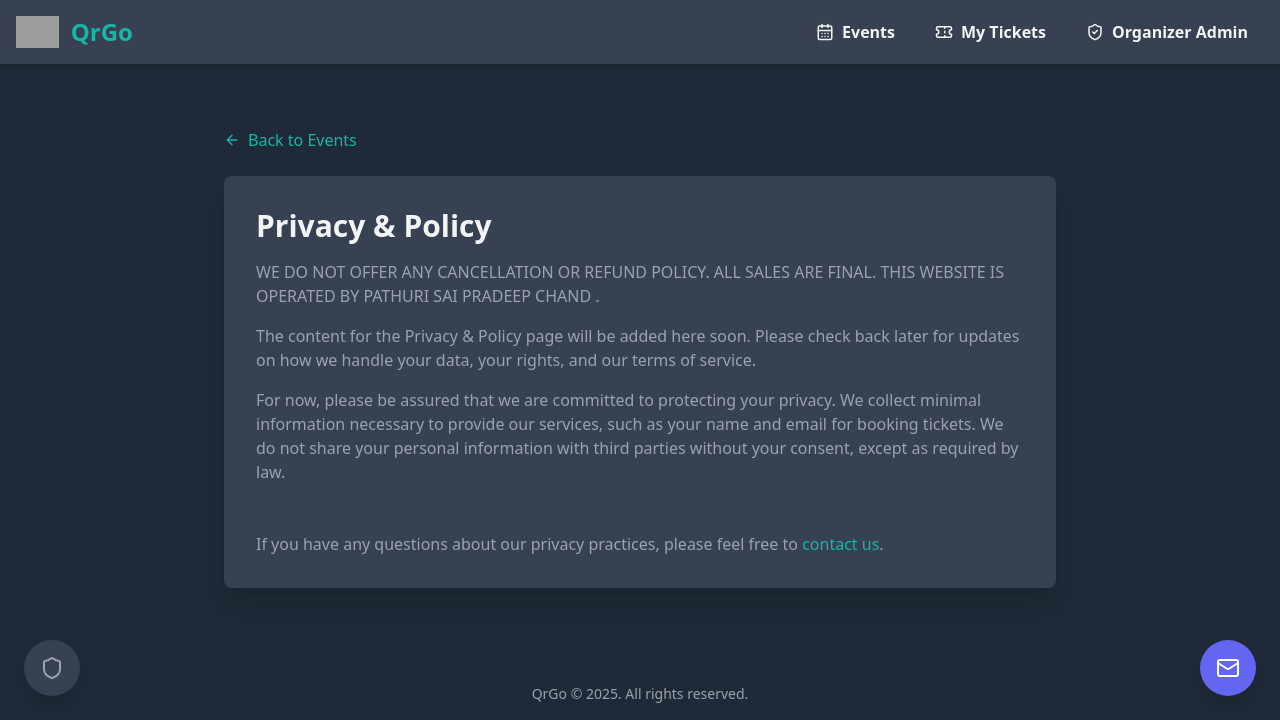
Repository: Dhakshin2007/QrGo
Page: /#/privacy-policy
These files come from the project's save history. The page is drawn as it stood at one moment and after the next save; the edit follows.
The browser window is 1280 px wide. The pictures show the whole page.
Pictures or frames that could not be fetched are drawn as grey boxes. Some web libraries are served in a nearby version. The project was rebuilt for these pictures with package versions that can differ from the ones it lists, and the page was loaded fresh each time. Also part of the build but not shown: vite.config.ts, components/EventCard.tsx, pages/HomePage.tsx, pages/BookingPage.tsx, components/TicketCard.tsx, pages/MyTicketsPage.tsx, services/aiService.ts, pages/AdminPage.tsx.

Above is the page before, as saved 2025-08-10 12:53:43.

### index.html
<!DOCTYPE html>
<html lang="en">
  <head>
    <meta name="description" content="Website Used to Host Events and Book Tickets and Inbuild scanning. If You want to Host an Event, Contact Us." />
<meta name="keywords" content="QrGo , QrGo Startup , Events IIT Ropar,Tickets , District , Paytm , Zomato , Ticket Booking , Event Hosting ,  Telugu Students IIT, IIT Ropar culture, IIT Ropar">
<meta name="author" content="Kotha Dhakshin">
<meta property="og:title" content="QrGo - Event Ticket Hosting Platform" />
<meta property="og:description" content="Official site for QrGo. Events, Bookings, and student details." />
<meta property="og:url" content="https://qrgo-weld.vercel.app/" />
<meta property="og:type" content="website" />
<meta property="og:image" content="#" />

  <meta charset="UTF-8" />
    <link rel="icon" type="image/png" href = "https://i.postimg.cc/qqd3M6cN/Google-AI-Studio-2025-08-09-T14-17-15-618-Z.png" />
    <meta name="viewport" content="width=device-width, initial-scale=1.0" />
    <title>QrGo</title>
    <script src="https://cdn.tailwindcss.com"></script>
    <script>
      tailwind.config = {
        theme: {
          extend: {
            colors: {
              'primary': '#14b8a6', // teal-500
              'primary-focus': '#0d9488', // teal-600
              'background': '#1f2937', // gray-800
              'surface': '#374151', // gray-700
              'on-surface': '#f3f4f6', // gray-200
              'on-surface-secondary': '#9ca3af', // gray-400
              'accent': '#6366f1', // indigo-500
            }
          }
        }
      }
    </script>
    <!-- html5-qrcode library -->
    <script src="https://unpkg.com/html5-qrcode" type="text/javascript"></script>
  <script type="importmap">
{
  "imports": {
    "react-router-dom": "https://esm.sh/react-router-dom@^7.8.0",
    "react-dom/": "https://esm.sh/react-dom@^19.1.1/",
    "react/": "https://esm.sh/react@^19.1.1/",
    "react": "https://esm.sh/react@^19.1.1",
    "lucide-react": "https://esm.sh/lucide-react@^0.539.0",
    "html5-qrcode": "https://esm.sh/html5-qrcode@^2.3.8",
    "qrcode": "https://esm.sh/qrcode@^1.5.4",
    "@supabase/supabase-js": "https://esm.sh/@supabase/supabase-js@2",
    "@google/genai": "https://esm.sh/@google/genai@^1.13.0"
  }
}
</script>
</head>
  <body class="bg-background text-on-surface">
    <div id="root"></div>
    <script type="module" src="/index.tsx"></script>
  </body>
</html>

### App.tsx


import React, { createContext, useContext, useState, useEffect, useCallback, ReactNode } from 'react';
import * as ReactRouterDOM from 'react-router-dom';
import HomePage from './pages/HomePage';
import BookingPage from './pages/BookingPage';
import MyTicketsPage from './pages/MyTicketsPage';
import AdminPage from './pages/AdminPage';
import PrivacyPolicyPage from './pages/PrivacyPolicyPage';
import Header from './components/Header';
import { ToastProvider } from './contexts/ToastContext';
import { AuthProvider } from './contexts/AuthContext';
import Toast from './components/Toast';
import { Mail, Shield } from 'lucide-react';
import { Event, EventStatus } from './types';
import { db } from './services/db';

// --- Event Context for Global State Management ---

interface EventContextType {
  events: Event[];
  isLoading: boolean;
  updateEventStatus: (eventId: string, newStatus: EventStatus) => void;
}

const EventContext = createContext<EventContextType | undefined>(undefined);

export const EventProvider: React.FC<{ children: ReactNode }> = ({ children }) => {
  const [events, setEvents] = useState<Event[]>([]);
  const [isLoading, setIsLoading] = useState(true);

  useEffect(() => {
    const fetchEvents = async () => {
      try {
        const initialEvents = await db.getEvents();
        setEvents(initialEvents);
      } catch (error) {
        console.error("Failed to fetch initial events:", error);
      } finally {
        setIsLoading(false);
      }
    };
    fetchEvents();
  }, []);

  const updateEventStatus = useCallback((eventId: string, newStatus: EventStatus) => {
    setEvents(currentEvents =>
      currentEvents.map(event =>
        event.id === eventId ? { ...event, status: newStatus } : event
      )
    );
  }, []);

  return (
    <EventContext.Provider value={{ events, isLoading, updateEventStatus }}>
      {children}
    </EventContext.Provider>
  );
};

export const useEvents = () => {
  const context = useContext(EventContext);
  if (!context) {
    throw new Error('useEvents must be used within an EventProvider');
  }
  return context;
};


// --- Main App Component ---

const App: React.FC = () => {
  return (
    <ToastProvider>
      <AuthProvider>
        <EventProvider>
          <ReactRouterDOM.HashRouter>
            <div className="min-h-screen flex flex-col bg-background">
              <Header />
              <main className="flex-grow container mx-auto px-4 py-8">
                <ReactRouterDOM.Routes>
                  <ReactRouterDOM.Route path="/" element={<HomePage />} />
                  <ReactRouterDOM.Route path="/book/:eventId" element={<BookingPage />} />
                  <ReactRouterDOM.Route path="/my-tickets" element={<MyTicketsPage />} />
                  <ReactRouterDOM.Route path="/admin" element={<AdminPage />} />
                  <ReactRouterDOM.Route path="/privacy-policy" element={<PrivacyPolicyPage />} />
                </ReactRouterDOM.Routes>
              </main>
              <footer className="text-center py-4 text-on-surface-secondary text-sm">
                <p>QrGo &copy; 2025. All rights reserved.</p>
              </footer>
               <ReactRouterDOM.Link
                to="/privacy-policy"
                className="fixed bottom-6 left-6 bg-surface text-on-surface-secondary p-4 rounded-full shadow-lg hover:bg-primary hover:text-white transition-colors flex items-center gap-2 z-50"
                title="Privacy & Policy"
                aria-label="Privacy and Policy"
              >
                <Shield size={24} />
              </ReactRouterDOM.Link>
              <a
                href="mailto:kothadhakshin123@gmail.com"
                className="fixed bottom-6 right-6 bg-accent text-white p-4 rounded-full shadow-lg hover:bg-indigo-600 transition-colors flex items-center gap-2 z-50"
                title="Contact Support"
                aria-label="Contact Support"
              >
                <Mail size={24} />
              </a>
            </div>
          </ReactRouterDOM.HashRouter>
          <Toast />
        </EventProvider>
      </AuthProvider>
    </ToastProvider>
  );
};

export default App;

### pages/PrivacyPolicyPage.tsx

import React from 'react';
import * as ReactRouterDOM from 'react-router-dom';
import { ArrowLeft } from 'lucide-react';

const PrivacyPolicyPage: React.FC = () => {
  return (
    <div className="max-w-4xl mx-auto animate-fade-in p-4 sm:p-6 lg:p-8">
      <ReactRouterDOM.Link to="/" className="flex items-center gap-2 mb-6 text-primary hover:underline">
          <ArrowLeft size={16} /> Back to Events
       </ReactRouterDOM.Link>
      <div className="bg-surface rounded-lg shadow-xl p-8">
        <h1 className="text-3xl font-bold mb-4 text-on-surface">Privacy & Policy</h1>
        <div className="space-y-4 text-on-surface-secondary">
          <p>
            WE DO NOT OFFER ANY CANCELLATION OR REFUND POLICY. ALL SALES ARE FINAL.
            THIS WEBSITE IS OPERATED BY PATHURI SAI PRADEEP CHAND .
            </p>
            <p>
            The content for the Privacy & Policy page will be added here soon.
            Please check back later for updates on how we handle your data, your rights, and our terms of service.
          </p>
          <p>
            For now, please be assured that we are committed to protecting your privacy. We collect minimal information necessary to provide our services, such as your name and email for booking tickets.
            We do not share your personal information with third parties without your consent, except as required by law.
          </p>
          <h2 className="text-2xl font-semibold text-on-surface pt-4"></h2>
          <p>
            If you have any questions about our privacy practices, please feel free to <a href="mailto:kothadhakshin123@gmail.com" className="text-primary hover:underline">contact us</a>.
          </p>
        </div>
      </div>
    </div>
  );
};

export default PrivacyPolicyPage;

### components/Header.tsx

import React from 'react';
import * as ReactRouterDOM from 'react-router-dom';
import { Ticket, ShieldCheck, CalendarDays, QrCode } from 'lucide-react';
import { LOGO_URL } from '../constants';

const Header: React.FC = () => {
  const activeLinkClass = "bg-primary text-white";
  const inactiveLinkClass = "text-on-surface hover:bg-surface";

  return (
    <header className="bg-surface shadow-md sticky top-0 z-50">
      <nav className="container mx-auto px-4 py-3 flex justify-between items-center">
        <ReactRouterDOM.Link to="/" className="flex items-center gap-3 text-2xl font-bold text-primary">
          {LOGO_URL ? (
            <img src={LOGO_URL} alt="QrGo Logo" className="h-8 w-auto" />
          ) : (
            <QrCode size={28} />
          )}
          <span>QrGo</span>
        </ReactRouterDOM.Link>
        <div className="flex items-center gap-2">
          <ReactRouterDOM.NavLink
            to="/"
            className={({ isActive }) => `${isActive ? activeLinkClass : inactiveLinkClass} px-4 py-2 rounded-md font-semibold transition-colors duration-200 flex items-center gap-2`}
          >
            <CalendarDays size={18}/> Events
          </ReactRouterDOM.NavLink>
          <ReactRouterDOM.NavLink
            to="/my-tickets"
            className={({ isActive }) => `${isActive ? activeLinkClass : inactiveLinkClass} px-4 py-2 rounded-md font-semibold transition-colors duration-200 flex items-center gap-2`}
          >
            <Ticket size={18}/> My Tickets
          </ReactRouterDOM.NavLink>
          <ReactRouterDOM.NavLink
            to="/admin"
            className={({ isActive }) => `${isActive ? activeLinkClass : inactiveLinkClass} px-4 py-2 rounded-md font-semibold transition-colors duration-200 flex items-center gap-2`}
          >
            <ShieldCheck size={18}/> Organizer Admin
          </ReactRouterDOM.NavLink>
        </div>
      </nav>
    </header>
  );
};

export default Header;

### contexts/ToastContext.tsx
import React, { createContext, useState, useContext, ReactNode, useCallback, useRef } from 'react';

type ToastType = 'success' | 'error' | 'info';

interface ToastState {
  message: string;
  type: ToastType;
  isVisible: boolean;
}

interface ToastContextType {
  showToast: (message: string, type: ToastType) => void;
  toastConfig: ToastState | null;
}

const ToastContext = createContext<ToastContextType | undefined>(undefined);

export const ToastProvider: React.FC<{ children: ReactNode }> = ({ children }) => {
  const [toastConfig, setToastConfig] = useState<ToastState | null>(null);
  const timeoutIdRef = useRef<number | null>(null);

  const showToast = useCallback((message: string, type: ToastType) => {
    if (timeoutIdRef.current) {
      clearTimeout(timeoutIdRef.current);
    }
    setToastConfig({ message, type, isVisible: true });

    timeoutIdRef.current = window.setTimeout(() => {
      setToastConfig(prev => prev ? { ...prev, isVisible: false } : null);
      timeoutIdRef.current = null;
    }, 4000);
  }, []);


  return (
    <ToastContext.Provider value={{ showToast, toastConfig }}>
      {children}
    </ToastContext.Provider>
  );
};

export const useToast = () => {
  const context = useContext(ToastContext);
  if (context === undefined) {
    throw new Error('useToast must be used within a ToastProvider');
  }
  return context;
};

### contexts/AuthContext.tsx
import React, { createContext, useState, useContext, ReactNode, useCallback } from 'react';
import { Organizer } from '../types';

interface AuthState {
  isUserLoggedIn: boolean;
  userEmail: string | null;
  userPin: string | null;
  loggedInOrganizer: Organizer | null;
  loginUser: (email: string, pin: string) => void;
  logoutUser: () => void;
  loginOrganizer: (username: string, secretId: string) => boolean;
  logoutOrganizer: () => void;
}

const AuthContext = createContext<AuthState | undefined>(undefined);

export const AuthProvider: React.FC<{ children: ReactNode }> = ({ children }) => {
  const [isUserLoggedIn, setIsUserLoggedIn] = useState(false);
  const [userEmail, setUserEmail] = useState<string | null>(null);
  const [userPin, setUserPin] = useState<string | null>(null);
  const [loggedInOrganizer, setLoggedInOrganizer] = useState<Organizer | null>(null);

  const loginUser = (email: string, pin:string) => {
    setUserEmail(email.toLowerCase());
    setUserPin(pin);
    setIsUserLoggedIn(true);
  };

  const logoutUser = () => {
    setIsUserLoggedIn(false);
    setUserEmail(null);
    setUserPin(null);
  };

  const loginOrganizer = useCallback((username: string, secretId: string): boolean => {
    // --- Security Note ---
    // In a real production application, this organizer data should NOT be hardcoded here.
    // It should be loaded securely, for example, from environment variables on a server
    // or from a secure configuration service. This prevents sensitive credentials from
    // being exposed in the client-side code.
    // Example for a Node.js environment:
    // const ORGANIZERS = JSON.parse(process.env.ORGANIZERS_JSON || '[]');
    const ORGANIZERS: Organizer[] = [
      { id: 'super-admin', username: 'Dhakshin', secretId: 'Dk07' },
      { id: 'org-1', username: 'TCA', secretId: 'tca@2334' },
      // { id: 'org-2', username: 'TechCon', secretId: 'techcon-secret' }
    ];

    const organizer = ORGANIZERS.find(
        org => org.username.toLowerCase() === username.toLowerCase() && org.secretId === secretId
    );
    if (organizer) {
        setLoggedInOrganizer(organizer);
        return true;
    }
    return false;
  }, []);

  const logoutOrganizer = () => {
      setLoggedInOrganizer(null);
  };

  return (
    <AuthContext.Provider value={{ isUserLoggedIn, userEmail, userPin, loggedInOrganizer, loginUser, logoutUser, loginOrganizer, logoutOrganizer }}>
      {children}
    </AuthContext.Provider>
  );
};

export const useAuth = () => {
  const context = useContext(AuthContext);
  if (context === undefined) {
    throw new Error('useAuth must be used within an AuthProvider');
  }
  return context;
};

### components/Toast.tsx
import React from 'react';
import { useToast } from '../contexts/ToastContext';
import { CheckCircle, XCircle, Info } from 'lucide-react';

const icons = {
  success: <CheckCircle className="text-green-400" size={24} />,
  error: <XCircle className="text-red-400" size={24} />,
  info: <Info className="text-blue-400" size={24} />,
};

const bgColors = {
  success: 'bg-green-500/20 border-green-500',
  error: 'bg-red-500/20 border-red-500',
  info: 'bg-blue-500/20 border-blue-500',
};

const Toast: React.FC = () => {
  const { toastConfig } = useToast();

  if (!toastConfig) {
    return null;
  }

  const { message, type, isVisible } = toastConfig;

  return (
    <div
      aria-live="assertive"
      className={`fixed bottom-5 right-5 z-50 transition-all duration-300 ease-in-out ${isVisible ? 'opacity-100 translate-y-0' : 'opacity-0 translate-y-4'}`}
    >
      <div className={`flex items-center gap-4 p-4 rounded-lg shadow-lg border-l-4 text-on-surface bg-surface ${bgColors[type]}`}>
        <div>{icons[type]}</div>
        <p className="font-semibold">{message}</p>
      </div>
    </div>
  );
};

export default Toast;

### types.ts

export type Organizer = {
  id: string;
  username: string;
  secretId: string;
};

export enum BookingStatus {
  Pending = 'Pending',
  Confirmed = 'Confirmed',
  Rejected = 'Rejected',
}

export enum EventStatus {
  Upcoming = 'Upcoming',
  Ongoing = 'Ongoing',
}

export type Event = {
  id: string;
  organizerId: string;
  name: string;
  date: string;
  venue: string;
  description: string;
  image: string;
  status: EventStatus;
  requiresEntryNumber?: boolean;
  upiId?: string;
  upiLink?: string;
  qrCodeImage?: string;
};

export type Booking = {
  id: string;
  eventId: string;
  userName: string;
  userEmail: string;
  userPhone: string;
  entryNumber: string | null;
  transactionId: string | null;
  paymentProof: string | null; // Public URL to the image in Supabase Storage
  pin: string; // Should be hashed on a real backend
  status: BookingStatus;
  checkedIn: boolean;
  createdAt: string;
};

### services/supabaseClient.ts
import { createClient } from '@supabase/supabase-js';
import { BookingStatus } from '../types';

// --- Supabase Client Initialization ---

// #############################################################################
// #  IMPORTANT: FIX FOR "INVALID API KEY" / "401 UNAUTHORIZED" ERROR          #
// #############################################################################
// # The API key below is a DUMMY key. You MUST replace it with your own.      #
// # 1. Go to your Supabase project dashboard.                                 #
// # 2. Go to Project Settings > API.                                          #
// # 3. Copy the `anon` `public` key.                                          #
// # 4. Paste it here to replace the DUMMY key.                                #
// #############################################################################
const supabaseUrl = 'https://hkniptskidhgpavyejwz.supabase.co';
// This is a valid-looking dummy key to prevent startup crashes. It will not work for API calls.
const supabaseKey = 'sb_publishable_tQDQrjVzkEe6GwUMwAzoYA_YMzWUTT5';

if (supabaseUrl.includes('your-project-url') || supabaseKey.includes('PASTE_YOUR_REAL')) {
    // This will crash the app and show a clear error in the developer console,
    // preventing the app from running in a broken state.
    throw new Error("Supabase credentials are not set! Please update services/supabaseClient.ts with your project's URL and anon key. You can get these from your Supabase project's API settings.");
}


// Define database types for TypeScript support
// The database schema uses quoted identifiers (e.g., "eventId") to match the camelCase used in the application.
export type DbBooking = {
  id: string;
  eventId: string;
  userName: string;
  userEmail: string;
  userPhone: string;
  transactionId: string | null;
  paymentProof: string | null;
  pin: string;
  status: BookingStatus;
  checkedIn: boolean;
  createdAt: string;
};

// This type defines the shape of the data that can be inserted into the 'bookings' table.
export type DbBookingInsert = {
    id: string;
    eventId: string;
    userName: string;
    userEmail: string;
    userPhone: string;
    transactionId: string | null;
    paymentProof: string | null;
    pin: string;
    status: BookingStatus;
    checkedIn: boolean;
    createdAt: string;
};

// This explicit type for updates avoids nested generics which can cause TS errors.
export type DbBookingUpdate = {
    eventId?: string;
    userName?: string;
    userEmail?: string;
    userPhone?: string;
    transactionId?: string | null;
    paymentProof?: string | null;
    pin?: string;
    status?: BookingStatus;
    checkedIn?: boolean;
    createdAt?: string;
}

// New types for the `free_bookings` table
export type DbFreeBooking = {
  id: string;
  eventId: string;
  userName: string;
  userEmail: string;
  userPhone: string;
  entryNumber: string | null;
  pin: string;
  status: BookingStatus;
  checkedIn: boolean;
  createdAt: string;
};

export type DbFreeBookingInsert = {
    id: string;
    eventId: string;
    userName: string;
    userEmail: string;
    userPhone: string;
    entryNumber: string | null;
    pin: string;
    status: BookingStatus;
    checkedIn: boolean;
    createdAt: string;
};

export type DbFreeBookingUpdate = {
    eventId?: string;
    userName?: string;
    userEmail?: string;
    userPhone?: string;
    entryNumber?: string | null;
    pin?: string;
    status?: BookingStatus;
    checkedIn?: boolean;
    createdAt?: string;
};


export interface Database {
  public: {
    Tables: {
      bookings: {
        Row: DbBooking;
        Insert: DbBookingInsert;
        Update: DbBookingUpdate;
      };
      free_bookings: {
        Row: DbFreeBooking;
        Insert: DbFreeBookingInsert;
        Update: DbFreeBookingUpdate;
      };
    };
  };
}


export const supabase = createClient<Database>(supabaseUrl, supabaseKey);

Loaded but not shown: index.tsx (common file); services/db.ts (339 lines, source omitted); constants.ts (92 lines, source omitted)

After the next save:
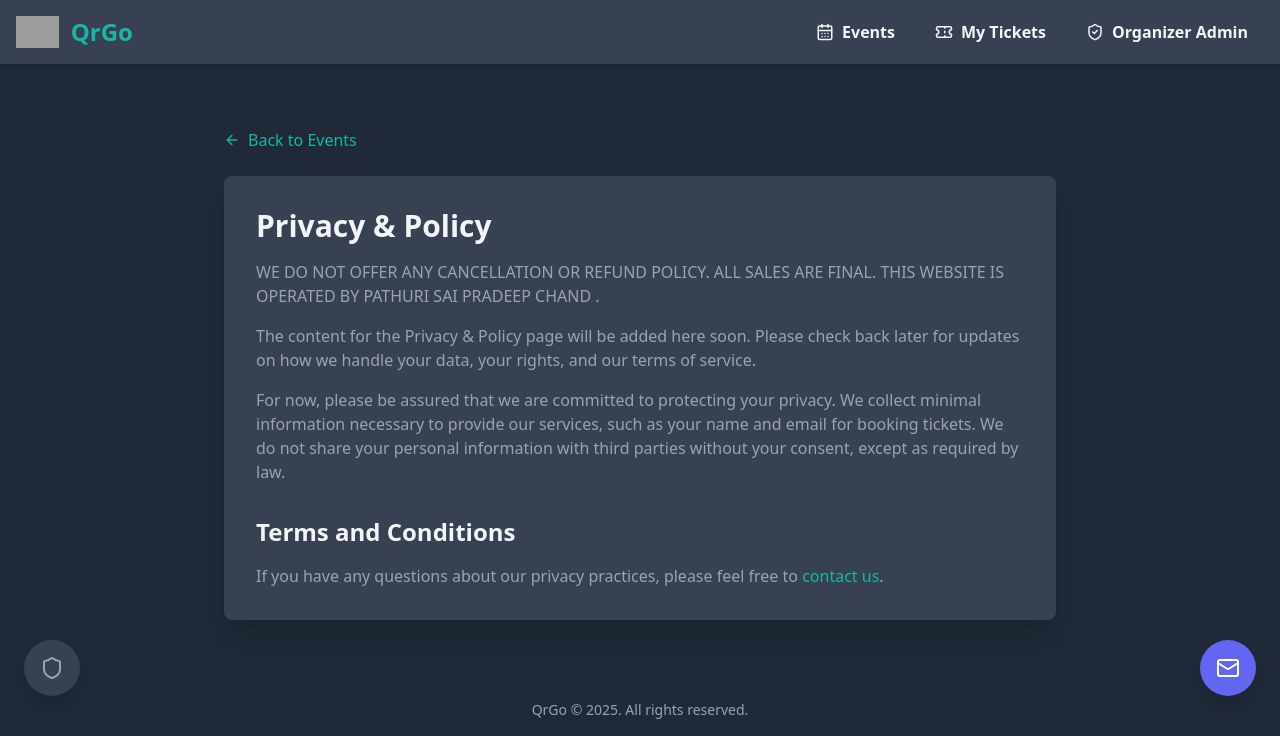
Saved 7 s later.
--- a/pages/PrivacyPolicyPage.tsx
+++ b/pages/PrivacyPolicyPage.tsx
@@ -24,7 +24,7 @@ const PrivacyPolicyPage: React.FC = () => {
             For now, please be assured that we are committed to protecting your privacy. We collect minimal information necessary to provide our services, such as your name and email for booking tickets.
             We do not share your personal information with third parties without your consent, except as required by law.
           </p>
-          <h2 className="text-2xl font-semibold text-on-surface pt-4"></h2>
+          <h2 className="text-2xl font-semibold text-on-surface pt-4">Terms and Conditions</h2>
           <p>
             If you have any questions about our privacy practices, please feel free to <a href="mailto:kothadhakshin123@gmail.com" className="text-primary hover:underline">contact us</a>.
           </p>
